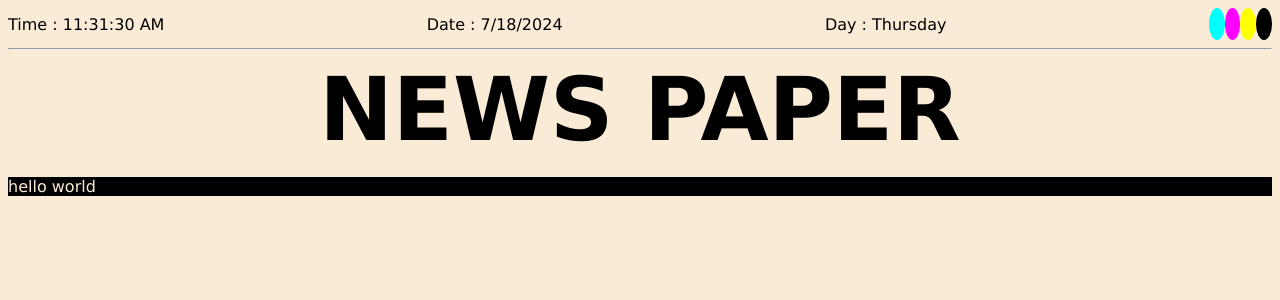
Repository: FARMAN9/new_paper
Page: /
An editor plug-in stored every save of this project. The page is shown before and after a run of saves, followed by the edit.
The browser window is 1280 px wide. The pictures show the whole page.
The project was rebuilt for these pictures with package versions that can differ from the ones it lists, and the page was loaded fresh each time. Also part of the build but not shown: vite.config.js.

Above is the page before, as saved 2024-07-27 23:36:57.

### index.html
<!DOCTYPE html>
<html lang="en">
  <head>
    <meta charset="UTF-8" />
    <link rel="icon" type="image/svg+xml" href="/vite.svg" />
    <meta name="viewport" content="width=device-width, initial-scale=1.0" />
    <title>NEWS PAPER</title>
  </head>
  <body>
    <div id="root"></div>
    <script type="module" src="/src/main.jsx"></script>
  </body>
</html>

### src/App.jsx
import { useState } from "react";
import reactLogo from "./assets/react.svg";
import viteLogo from "/vite.svg";
import "./App.css";
import Header from "./components/Header";

function App() {
  const [count, setCount] = useState(0);

  return (
    <>
      <Header></Header>
    </>
  );
}

export default App;

### src/index.css
* {
  font-family: "Lucida Sans", "Lucida Sans Regular", "Lucida Grande",
    "Lucida Sans Unicode", Geneva, Verdana, sans-serif;
}
body {
  background-color: antiquewhite;
}

### src/App.css
.mytest {
  display: flex;
  justify-content: space-between;
  align-items: center;
  height: 2rem;
  width: 100%;
}
.cmyk {
  display: flex;
  justify-content: center;
  align-items: center;
  height: inherit;
  width: 5%;
}
.cyan {
  background-color: cyan;
  color: white;
  height: inherit;
  width: 25%;
  border-radius: 50%;
}
.magenta {
  background-color: magenta;
  color: white;
  height: inherit;
  width: 25%;
  border-radius: 50%;
}
.yellow {
  background-color: yellow;
  color: black;
  height: inherit;
  width: 25%;
  border-radius: 50%;
}
.black {
  background-color: black;
  color: white;
  height: inherit;
  width: 25%;
  border-radius: 50%;
}
h1 {
  margin: 0;
  padding: 0;
  font-size: 5.5rem;
  text-align: center;
}
.blackstrip-top {
  background-color: black;
  color: antiquewhite;
  height: 10%;
  width: 100%;
}

### src/components/Header.jsx
import React, { useState, useEffect } from "react";

function Header() {
  var [date, setDate] = useState(new Date());

  useEffect(() => {
    var timer = setInterval(() => setDate(new Date()), 1000);
    return function cleanup() {
      clearInterval(timer);
    };
  });
  return (
    <nav className="">
      <div className="mytest">
        <p> Time : {date.toLocaleTimeString()}</p>
        <p> Date : {date.toLocaleDateString()}</p>
        <p> Day : {date.toLocaleDateString("en-US", { weekday: "long" })}</p>
        <div className="cmyk">
          <div className="cyan"></div>
          <div className="magenta"></div>
          <div className="yellow"></div>
          <div className="black"></div>
        </div>
      </div>
      <hr />
      <h1>NEWS PAPER</h1>
      <p className="blackstrip-top"> hello world</p>
    </nav>
  );
}

export default Header;

Loaded but not shown: src/main.jsx (common file)

After the next 3 saves:
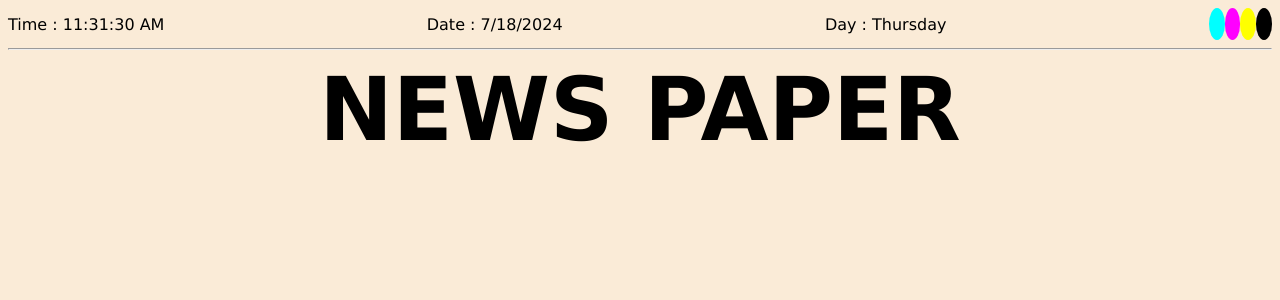
The 3 saves are shown as one change because they came seconds apart.
The last was saved 58 s later.
--- a/src/components/Header.jsx
+++ b/src/components/Header.jsx
@@ -24,7 +24,7 @@ function Header() {
       </div>
       <hr />
       <h1>NEWS PAPER</h1>
-      <p className="blackstrip-top"> hello world</p>
+      <p className="blackstrip-top">{}</p>
     </nav>
   );
 }
